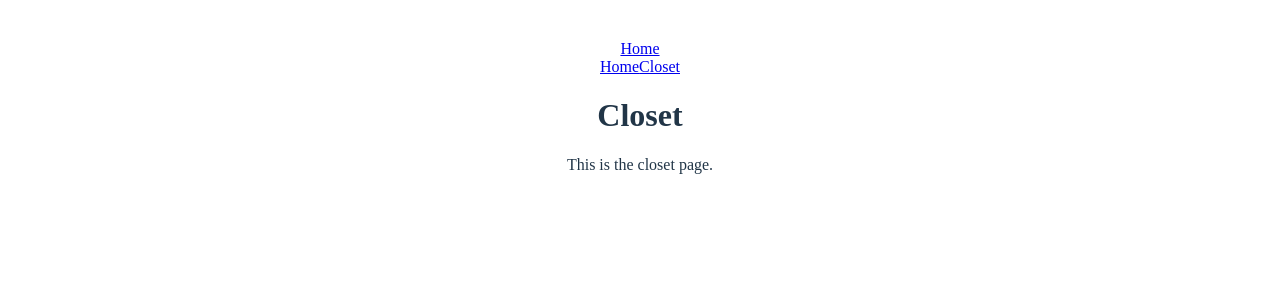
Repository: Strawb3rryjam/app-slotion
Page: /closet
The author's editor kept a copy of each file at every save. The page is drawn from the files as they stood at one save, then again after the next save.
The browser window is 1280 px wide. The pictures show the whole page.
The project was rebuilt for these pictures with package versions that can differ from the ones it lists, and the page was loaded fresh each time. Also part of the build but not shown: vite.config.js, src/css/NavBar.css. Imported but missing from the stored project, and not drawn on this page: src/pages/Home.

Above is the page before, as saved 2025-05-05 08:26:57.

After the next save:
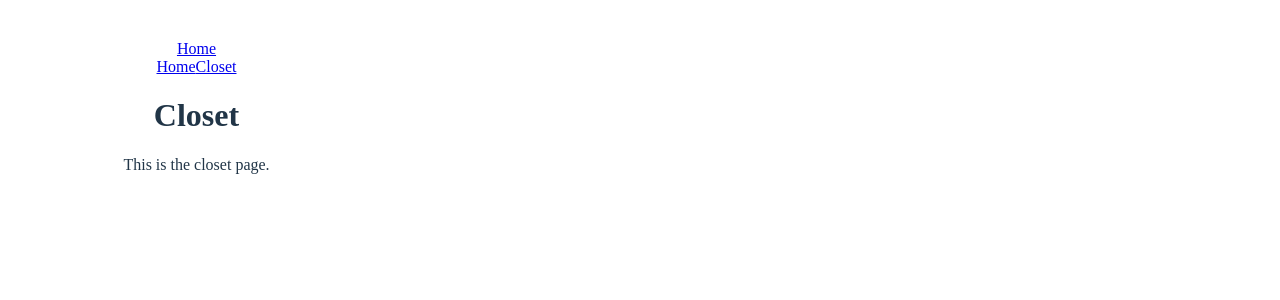
Saved 13 s later.
--- a/src/index.css
+++ b/src/index.css
@@ -1,6 +1,7 @@
 :root {
   color: rgba(255, 255, 255, 0.87);
   background-color: #F5F3EF;
+  width: 393px;
 }
 
 @media (prefers-color-scheme: light) {
